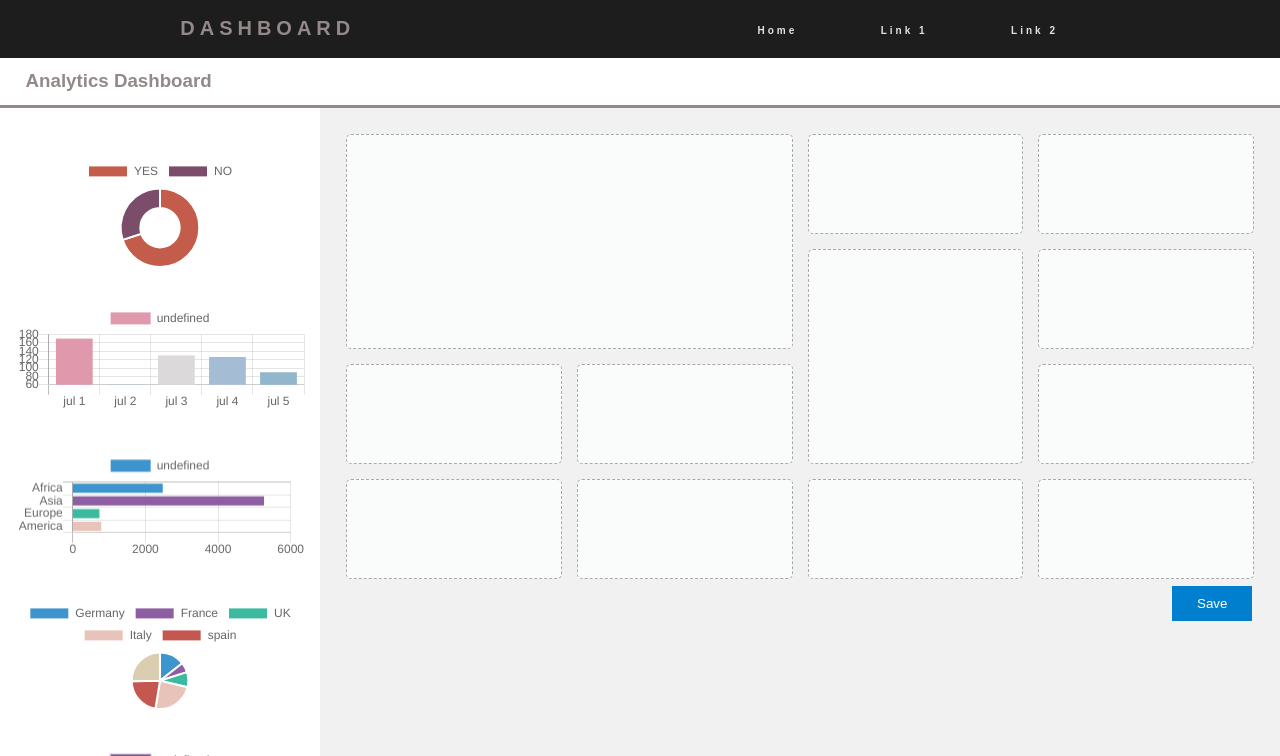
Repository: nourabdelhakam/drag-drop
Page: index.html
The author's editor kept a copy of each file at every save. The page is drawn from the files as they stood at one save, then again after the next save.
The browser window is 1280 px wide. The pictures show the whole page.
Some web libraries are served in a nearby version.

Above is the page before, as saved 2020-07-06 00:04:07.

After the next save:
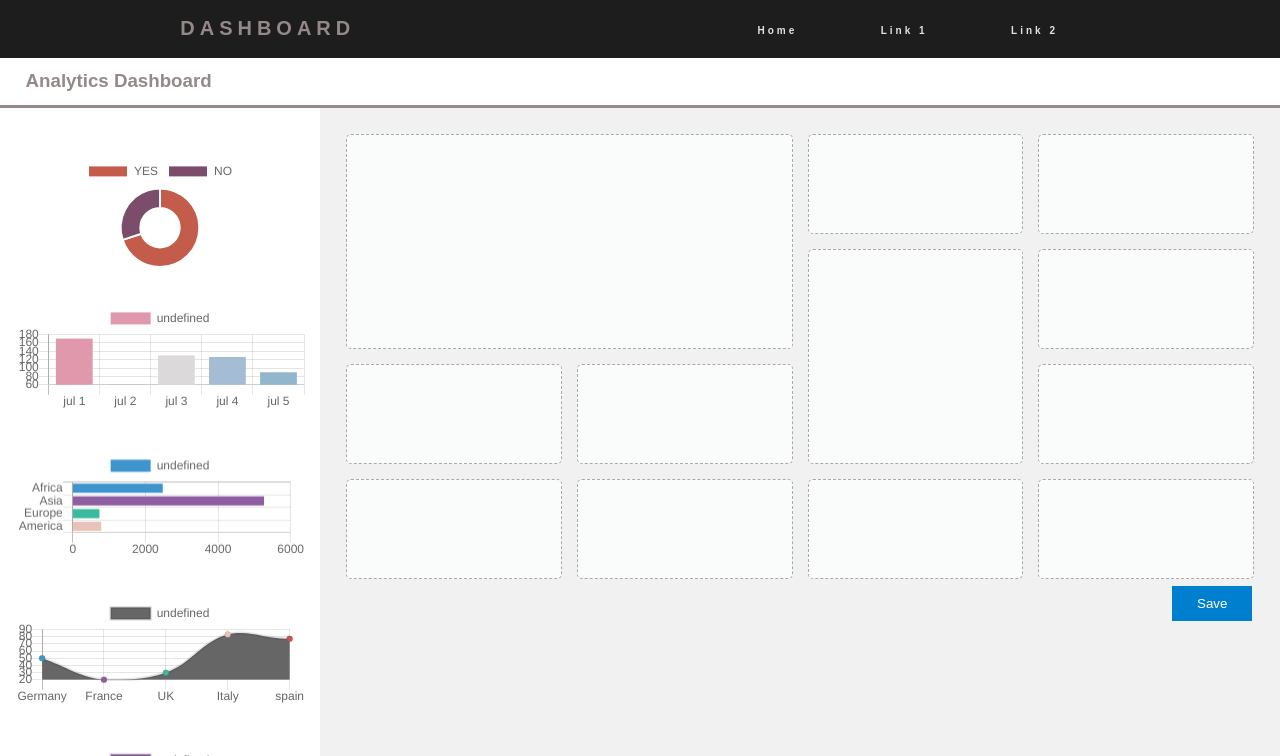
Saved 8 min 1 s later.
--- a/chartData.js
+++ b/chartData.js
@@ -25,7 +25,7 @@
         labels : ['Germany', 'France', 'UK', 'Italy', 'spain'],
         data : [50, 20, 30, 83, 77, 88],
         colors : ["#3e95cd", "#8e5ea2","#3cba9f","#e8c3b9","#c45850", "#dbceb0"],
-        type: 'pie'
+        type: 'line'
     },
 
 
